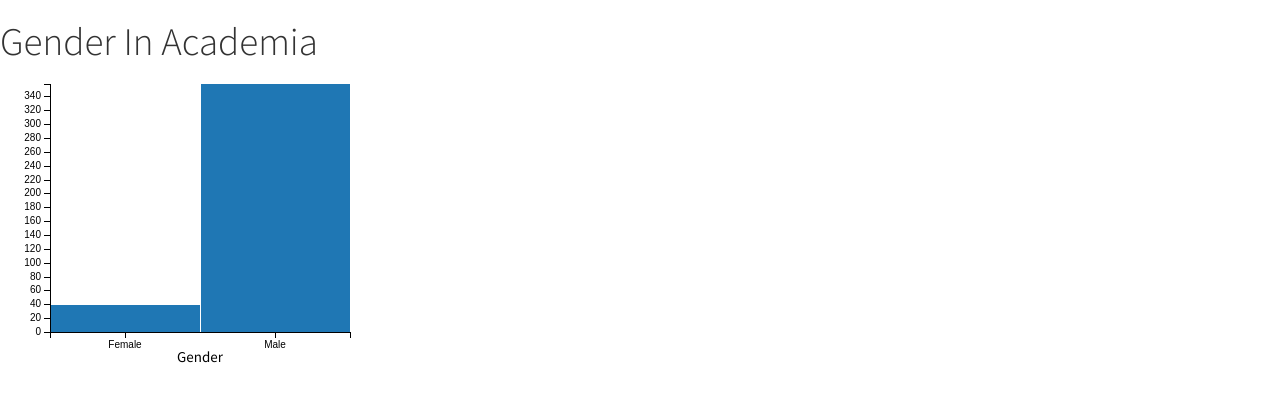
Repository: adonegan/dashboard
Page: index.html
The author's editor kept a record of every edit. The page is drawn from the files as they stood at one moment, then again after the next edit.
The browser window is 1280 px wide. The pictures show the whole page.

Above is the page before.

After the next edit:
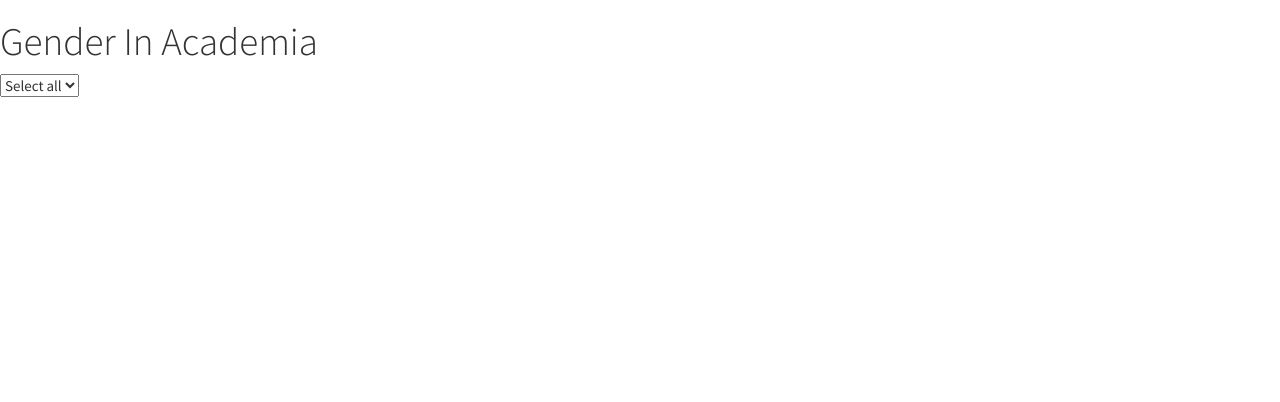
Console error: TypeError: a.all is not a function
The edit:
--- a/static/js/graph.js
+++ b/static/js/graph.js
@@ -13,7 +13,12 @@
 
 
 function show_discipline_selector(ndx) {
+    dim = ndx.dimension(dc.pluck('discipline'));
+    group = dim.group
 
+    dc.selectMenu("#discipline-selector")
+        .dimension(dim)
+        .group(group);
 }
 
 function show_gender_balance(ndx) {

After the 2 edits that followed:
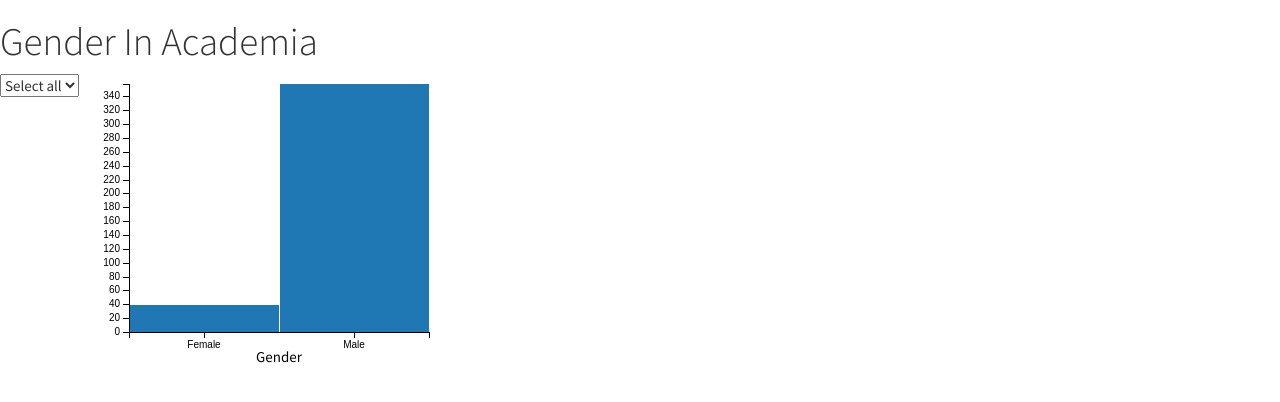
The error is gone.
The 2 edits are shown as one change because 1 left the picture as it was.
The edit:
--- a/static/js/graph.js
+++ b/static/js/graph.js
@@ -5,7 +5,7 @@
 function makeGraphs(error, salaryData) {
     var ndx = crossfilter(salaryData);
 
-    show_discipline_selector(ndx)
+    show_discipline_selector(ndx);
     show_gender_balance(ndx);
 
     dc.renderAll();
@@ -14,7 +14,7 @@
 
 function show_discipline_selector(ndx) {
     dim = ndx.dimension(dc.pluck('discipline'));
-    group = dim.group
+    group = dim.group()
 
     dc.selectMenu("#discipline-selector")
         .dimension(dim)
